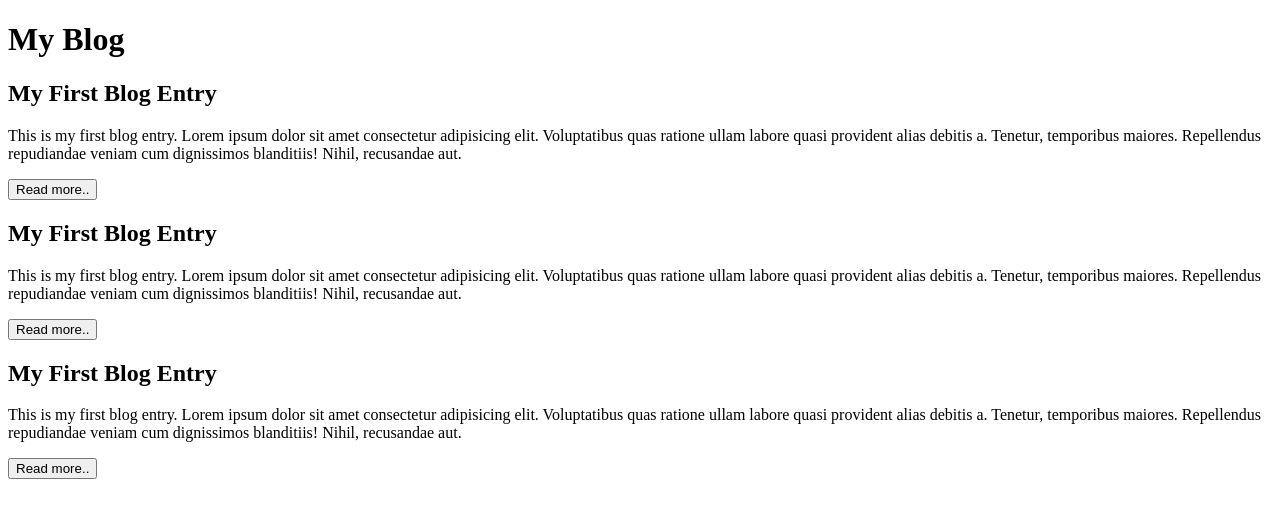
Repository: deniseada/class1
Page: /
An editor plug-in stored every save of this project. The page is shown before and after the next save, followed by the edit.
The browser window is 1280 px wide. The pictures show the whole page.
The project was rebuilt for these pictures with package versions that can differ from the ones it lists, and the page was loaded fresh each time. Also part of the build but not shown: vite.config.js, src/index.css.

Above is the page before, as saved 2025-09-10 13:44:46.

After the next save:
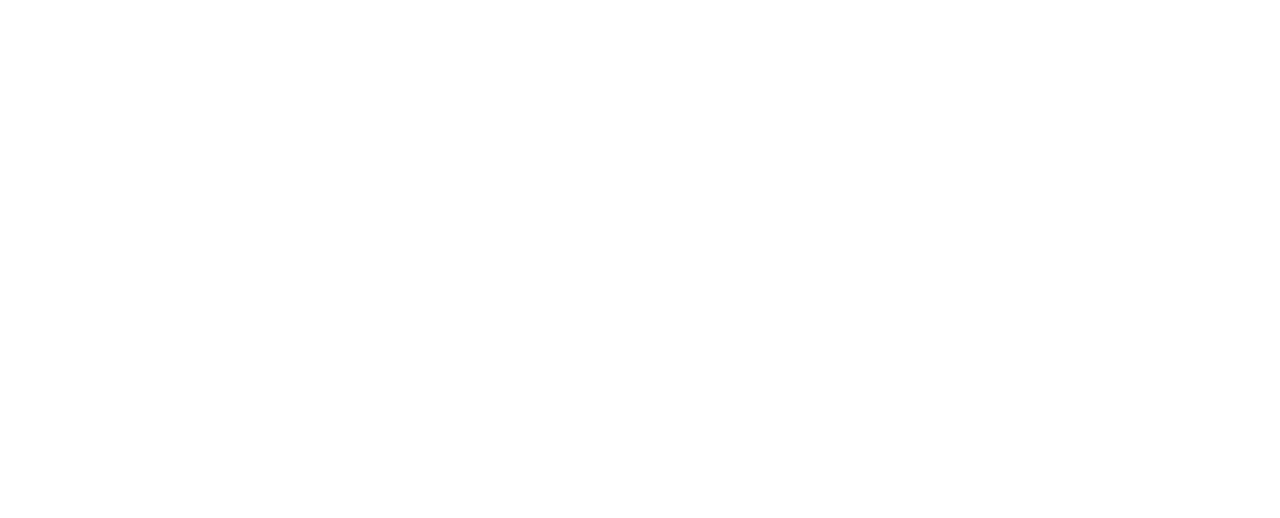
Console error: ReferenceError: title is not defined
Saved 12 s later.
--- a/src/App.jsx
+++ b/src/App.jsx
@@ -12,7 +12,7 @@
 function BlogEntry() {
   return (
     <div>
-      <h2>My First Blog Entry</h2>
+      <h2>{title}</h2>
       <p>
         This is my first blog entry. Lorem ipsum dolor sit amet consectetur
         adipisicing elit. Voluptatibus quas ratione ullam labore quasi provident

After the save that followed:
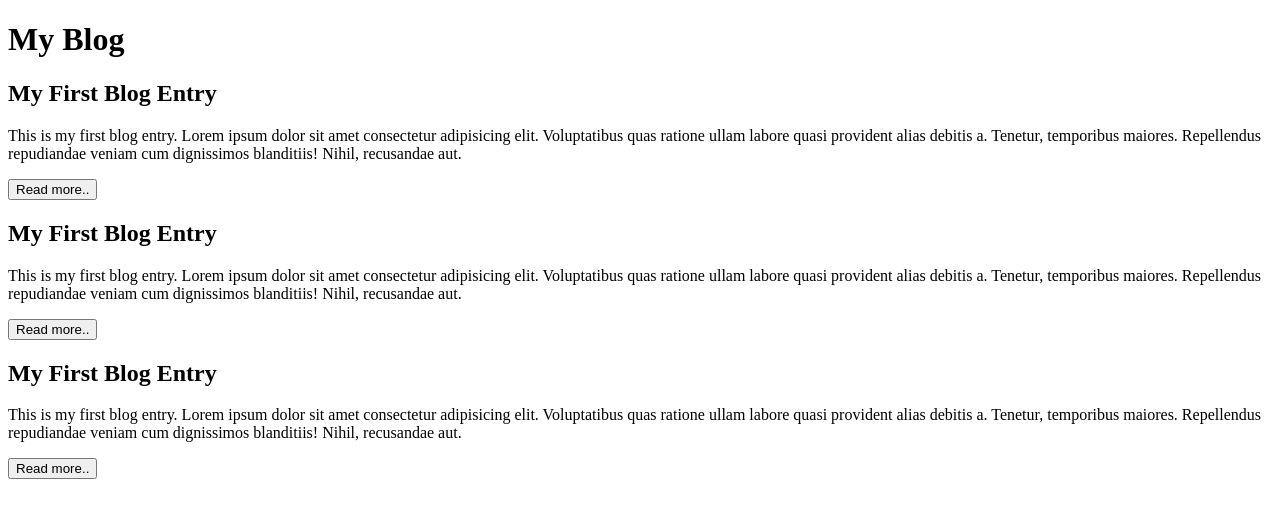
The error is gone.
Saved 7 s later.
--- a/src/App.jsx
+++ b/src/App.jsx
@@ -12,7 +12,7 @@
 function BlogEntry() {
   return (
     <div>
-      <h2>{title}</h2>
+      <h2>My First Blog Entry</h2>
       <p>
         This is my first blog entry. Lorem ipsum dolor sit amet consectetur
         adipisicing elit. Voluptatibus quas ratione ullam labore quasi provident
